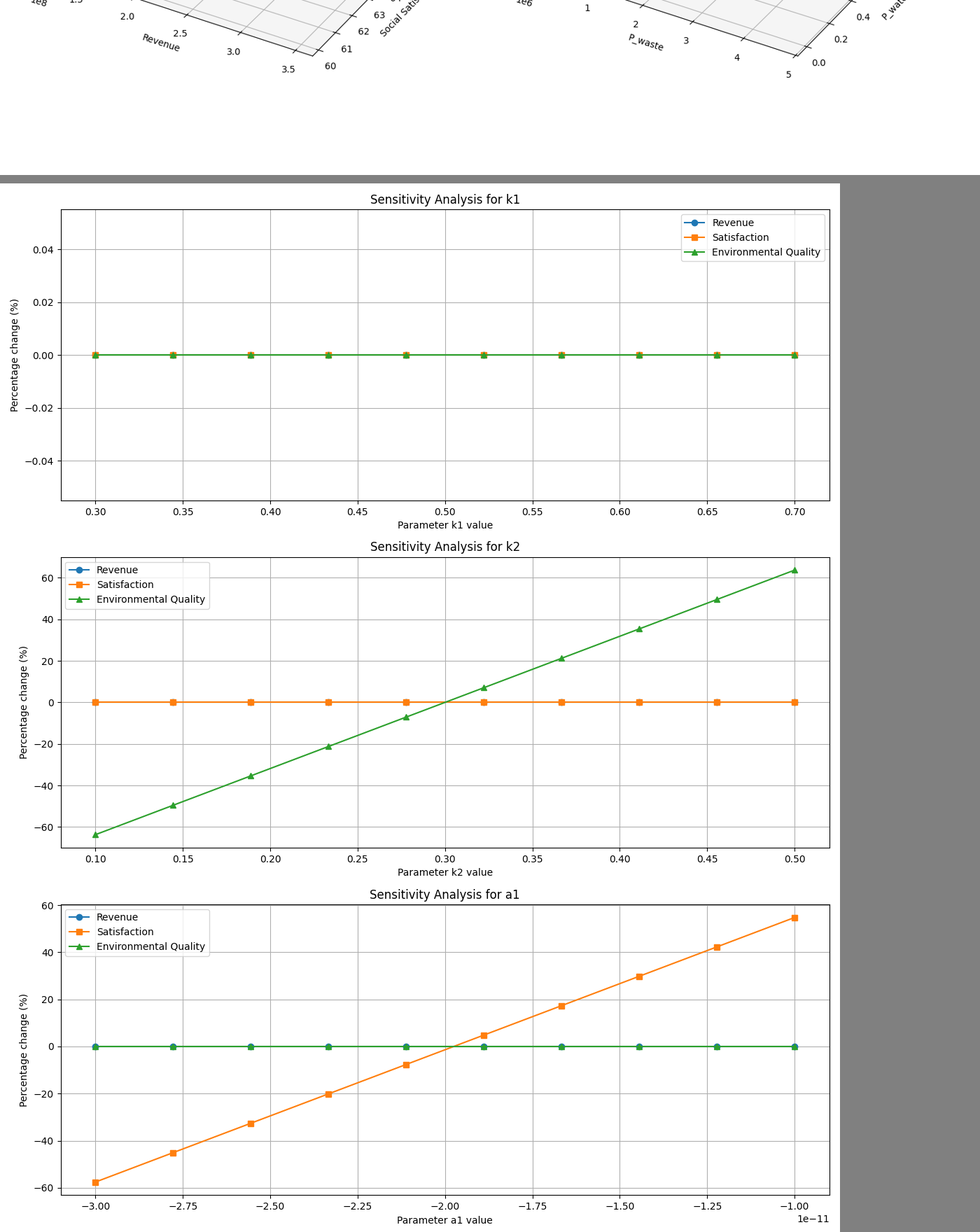
Repository: Kevinye0116/MCM
Script's output: python Coding/trial3.py
These files come from the project's save history. The script's output is drawn as it stood at one moment and after the next save; the edit follows.
The pictures show rows 683 to 2443 of an output 2945 px tall, at 70% of full size.
Each picture stacks the figures in order, with grey between them; figures that are only written to a file come last. Figures wider than 1,400 px are first shrunk to that width. Random numbers start from a fixed seed.

Above is the script's output before, as saved 2025-01-26 17:25:55.

After the next save:
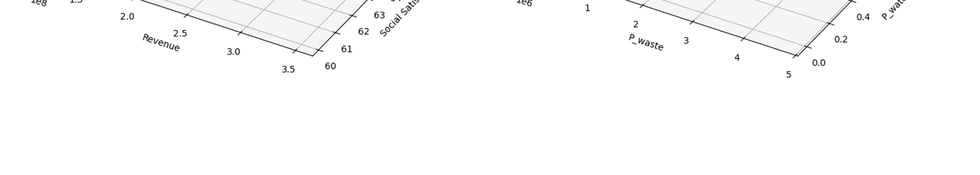
Saved 3 h 1 min later.
--- a/Coding/trial3.py
+++ b/Coding/trial3.py
@@ -360,114 +360,6 @@ class TourismOptimization:
         axes[1, 1].set_ylabel("Revenue", color="b")
         ax2.set_ylabel("Satisfaction", color="r")
         axes[1, 1].legend(handles=[l1, l2])
-
-        plt.tight_layout()
-        plt.show()
-
-    def sensitivity_analysis(
-        self, base_solution: np.ndarray, param_ranges: dict
-    ) -> dict:
-        """执行敏感性分析
-
-        Args:
-            base_solution: 基准解 [Nt, tau_t]
-            param_ranges: 要分析的参数及其变化范围的字典
-                        例如: {'k1': [0.3, 0.7], 'a1': [-2e-11, -1e-11]}
-
-        Returns:
-            包含敏感性分析结果的字典
-        """
-        results = {}
-
-        # 保存原始参数值
-        original_params = {}
-
-        # 对每个参数进行分析
-        for param_name, (param_min, param_max) in param_ranges.items():
-            # 保存原始值
-            original_value = getattr(self, param_name)
-            original_params[param_name] = original_value
-
-            # 创建参数变化序列
-            param_values = np.linspace(param_min, param_max, 10)
-            revenue_changes = []
-            satisfaction_changes = []
-            env_quality_changes = []
-
-            # 计算基准值
-            base_revenue = self.calculate_revenue(base_solution)
-            base_satisfaction = self.calculate_social_satisfaction(base_solution)
-            base_env_quality = self.calculate_environmental_quality(base_solution)
-
-            # 对每个参数值计算输出变化
-            for value in param_values:
-                setattr(self, param_name, value)
-
-                # 计算相对变化百分比
-                revenue = self.calculate_revenue(base_solution)
-                satisfaction = self.calculate_social_satisfaction(base_solution)
-                env_quality = self.calculate_environmental_quality(base_solution)
-
-                revenue_changes.append((revenue - base_revenue) / base_revenue * 100)
-                satisfaction_changes.append(
-                    (satisfaction - base_satisfaction) / base_satisfaction * 100
-                )
-                env_quality_changes.append(
-                    (env_quality - base_env_quality) / base_env_quality * 100
-                )
-
-            # 恢复原始参数值
-            setattr(self, param_name, original_value)
-
-            # 存储结果
-            results[param_name] = {
-                "param_values": param_values,
-                "revenue_changes": revenue_changes,
-                "satisfaction_changes": satisfaction_changes,
-                "env_quality_changes": env_quality_changes,
-            }
-
-        return results
-
-    def plot_sensitivity_analysis(self, results: dict):
-        """绘制敏感性分析结果
-
-        Args:
-            results: sensitivity_analysis方法返回的结果字典
-        """
-        num_params = len(results)
-        fig, axes = plt.subplots(num_params, 1, figsize=(12, 5 * num_params))
-        if num_params == 1:
-            axes = [axes]
-
-        for idx, (param_name, param_results) in enumerate(results.items()):
-            ax = axes[idx]
-
-            # 绘制三个指标的变化
-            ax.plot(
-                param_results["param_values"],
-                param_results["revenue_changes"],
-                label="Revenue",
-                marker="o",
-            )
-            ax.plot(
-                param_results["param_values"],
-                param_results["satisfaction_changes"],
-                label="Satisfaction",
-                marker="s",
-            )
-            ax.plot(
-                param_results["param_values"],
-                param_results["env_quality_changes"],
-                label="Environmental Quality",
-                marker="^",
-            )
-
-            ax.set_xlabel(f"Parameter {param_name} value")
-            ax.set_ylabel("Percentage change (%)")
-            ax.set_title(f"Sensitivity Analysis for {param_name}")
-            ax.grid(True)
-            ax.legend()
 
         plt.tight_layout()
         plt.show()
@@ -507,28 +399,6 @@ def main():
         print(f"Water Resource Investment: {P_water:.2f}")
         print(f"Environmental Investment: {P_e:.2f}")
 
-    # 添加敏感性分析
-    if len(pareto_front) > 0:
-        # 选择一个基准解（例如，收入最高的解）
-        base_solution = max(pareto_front, key=lambda x: optimizer.calculate_revenue(x))
-
-        # 定义要分析的参数及其范围
-        param_ranges = {
-            "k1": [0.3, 0.7],  # 环保投资效率系数
-            "k2": [0.1, 0.5],  # 碳排放影响系数
-            "a1": [-3e-11, -1e-11],  # 游客数量对居民满意度的影响系数
-            "a2": [2e-5, 7e-5],  # 旅游税对游客满意度的影响系数
-        }
-
-        # 执行敏感性分析
-        print("\nPerforming sensitivity analysis...")
-        sensitivity_results = optimizer.sensitivity_analysis(
-            base_solution, param_ranges
-        )
-
-        # 可视化结果
-        optimizer.plot_sensitivity_analysis(sensitivity_results)
-
 
 if __name__ == "__main__":
     main()
